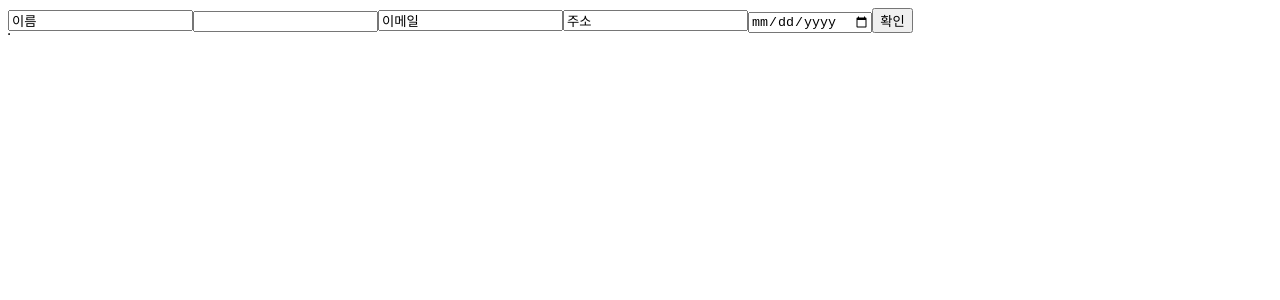
Repository: skvictoria/django-application
Page: test0413/templates/PBOOK/add.html
These files come from the project's save history. The page is drawn as it stood at one moment and after the next save; the edit follows.
The browser window is 1280 px wide. The pictures show the whole page.

Above is the page before, as saved 2020-05-01 03:55:56.

### test0413/templates/PBOOK/add.html
<table border="1">
	<tr>
		<input type="text" value="이름">
	</tr>
	<tr>
		<input type="number" value="전화번호">
	</tr>
	<tr>
		<input type="email" value="이메일">
	</tr>
	<tr>
		<input type="text" value="주소">
	</tr>
	<tr>
		<input type="date" value="연도-월-일">
	</tr>
	<tr>
		<input type="button" value="확인">
	</tr>
</table>

After the next save:
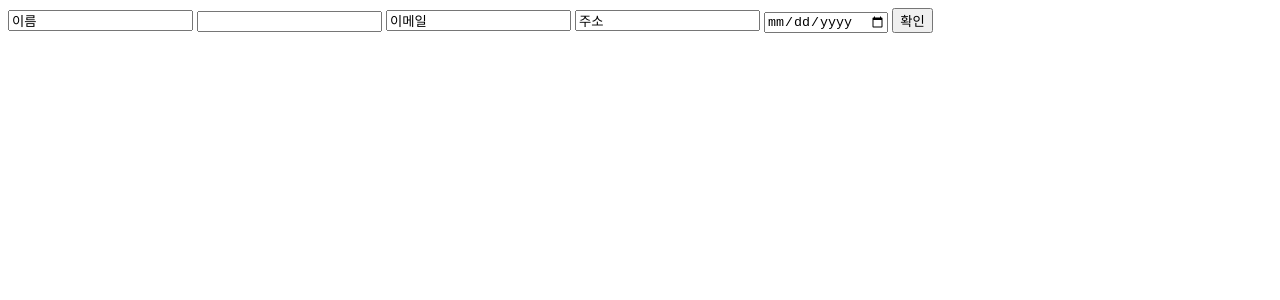
Saved 3 min 46 s later.
--- a/test0413/templates/PBOOK/add.html
+++ b/test0413/templates/PBOOK/add.html
@@ -1,20 +1,10 @@
-<table border="1">
-	<tr>
-		<input type="text" value="이름">
-	</tr>
-	<tr>
-		<input type="number" value="전화번호">
-	</tr>
-	<tr>
-		<input type="email" value="이메일">
-	</tr>
-	<tr>
-		<input type="text" value="주소">
-	</tr>
-	<tr>
-		<input type="date" value="연도-월-일">
-	</tr>
-	<tr>
-		<input type="button" value="확인">
-	</tr>
-</table>
+<div>
+<form method='POST'>
+<input type="text" value="이름">
+<input type="number" value="전화번호">
+<input type="email" value="이메일">
+<input type="text" value="주소">
+<input type="date" value="연도-월-일">
+<input type="button" value="확인">
+</form>
+</div>
